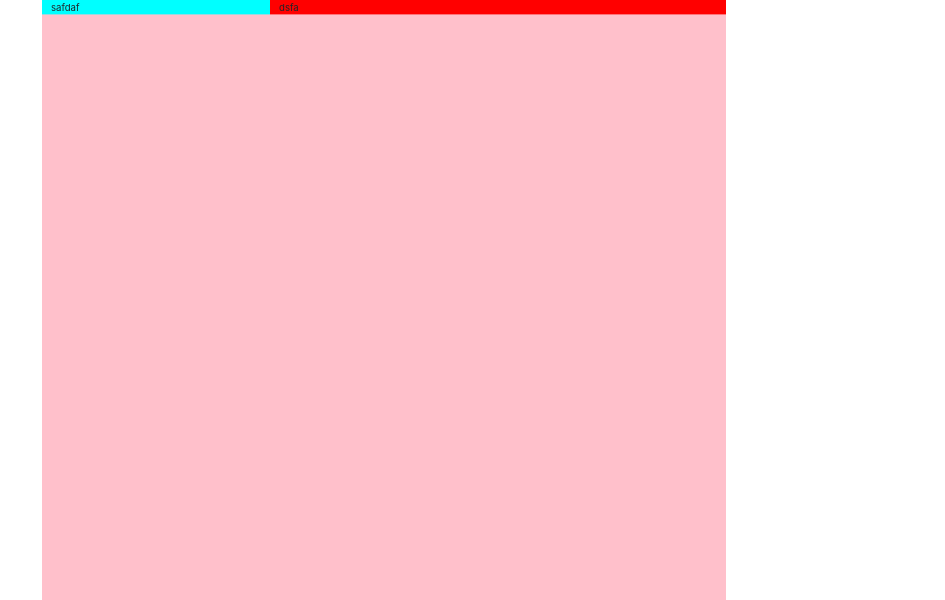
Repository: huyennvo/CSS
Page: CV/index.html
These files come from the project's save history. The page is drawn as it stood at one moment and after the next save; the edit follows.
The browser window is 1280 px wide. The page is 1280 px wide, then 1575 px, so the pictures cover 1575 px, including what lies to the right of the window. The pictures show the whole page, at 60% of full size.

Above is the page before, as saved 2022-07-18 14:31:38.

After the next save:
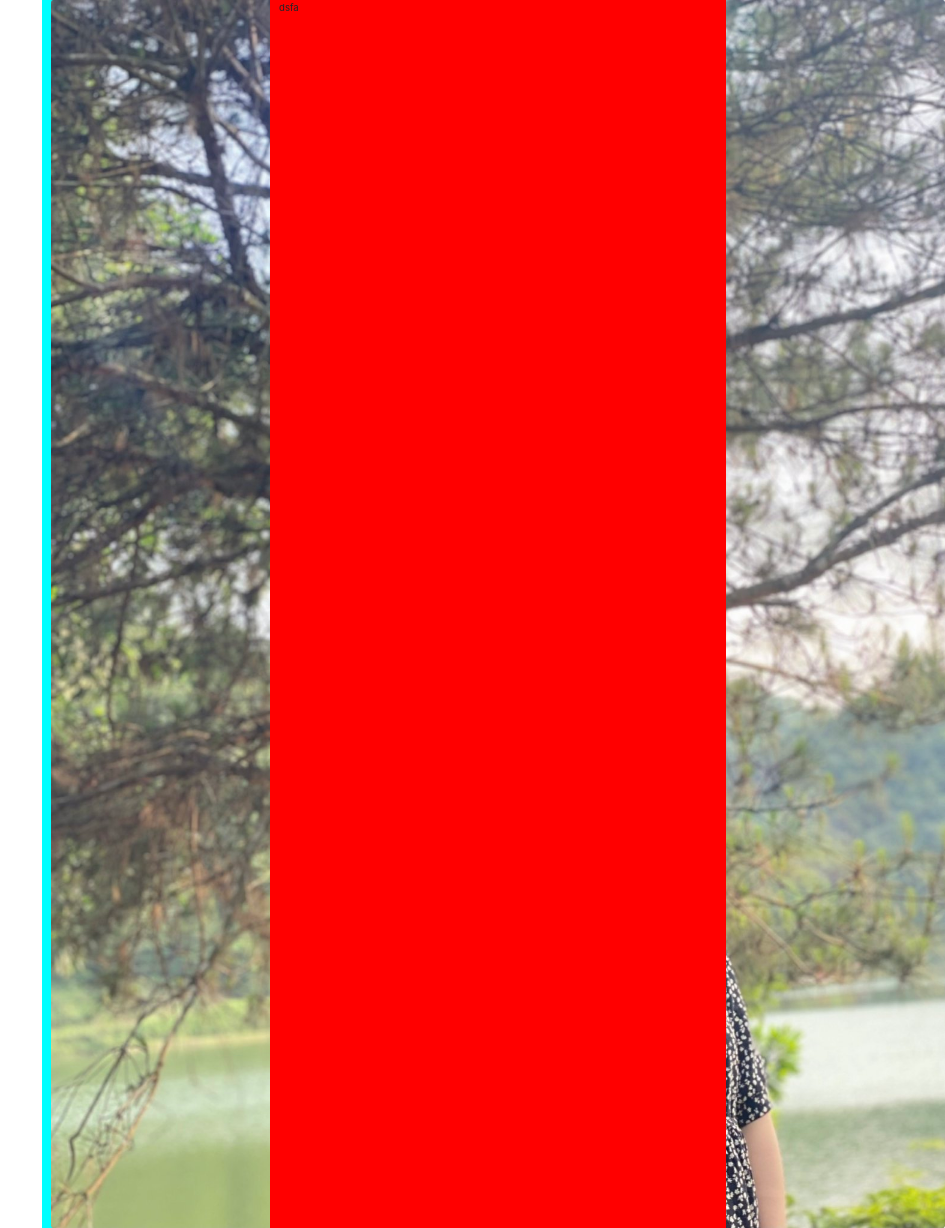
Saved 2 min 59 s later.
--- a/CV/index.html
+++ b/CV/index.html
@@ -13,7 +13,7 @@
     <div class="container">
         <div class="row">
             <div class="left col-sm-4">
-                safdaf
+                <img src="./Võ Thị Huyền.jpg" class="rounded" alt="Cinque Terre">
             </div>
             <div class="right col-sm-8">
                 dsfa
